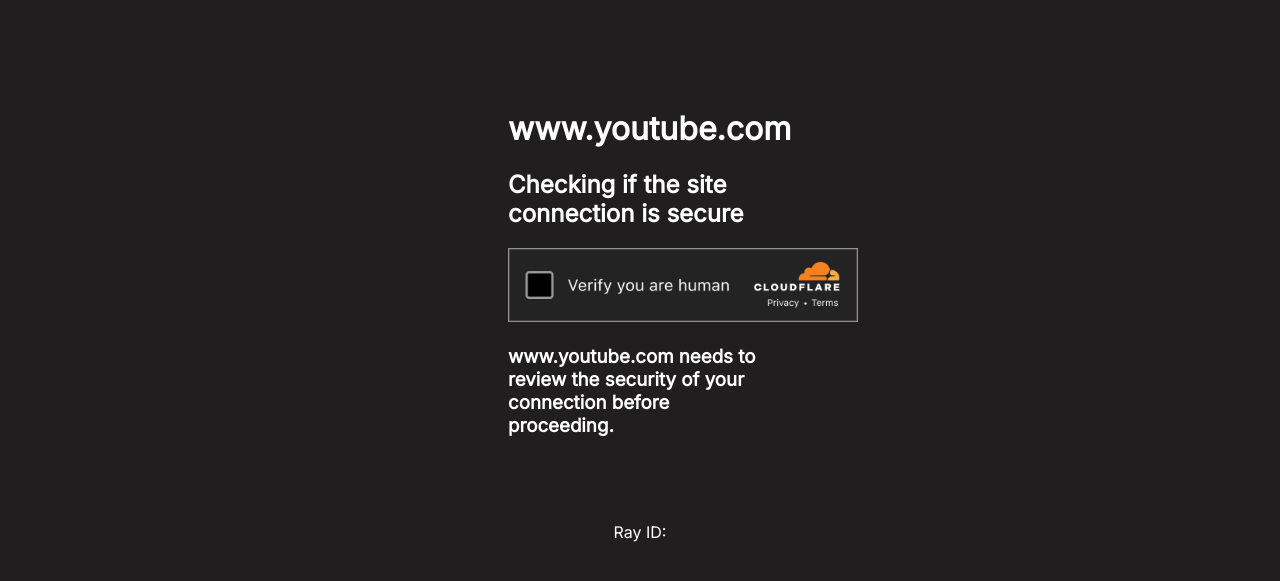
Repository: estech321/CAPTCHA-RickRoll
Page: index.html
The author's editor kept a copy of each file at every save. The page is drawn from the files as they stood at one save, then again after the next save.
The browser window is 1280 px wide. The pictures show the whole page.

Above is the page before, as saved 2023-12-29 23:45:49.

After the next save:
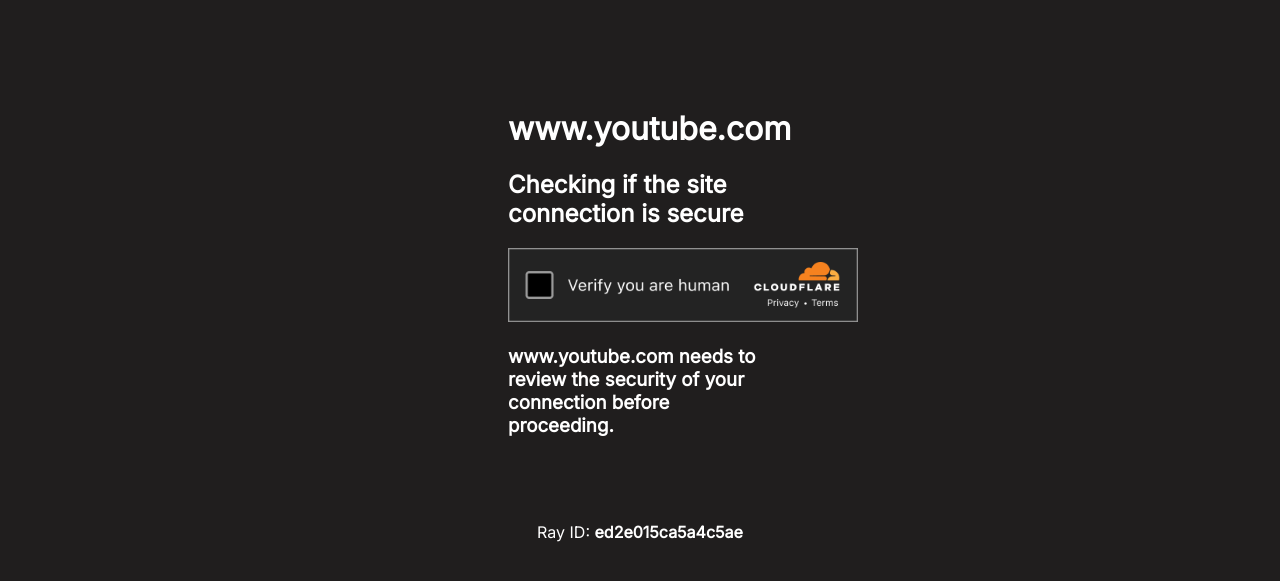
Saved 7 s later.
--- a/index.html
+++ b/index.html
@@ -29,7 +29,7 @@
     </main>
     <footer>
         <center>
-            <p>Ray ID: <strong</p>
+            <p>Ray ID: <strong>ed2e015ca5a4c5ae</strong></p>
         </center>
     </footer>
 </body>
